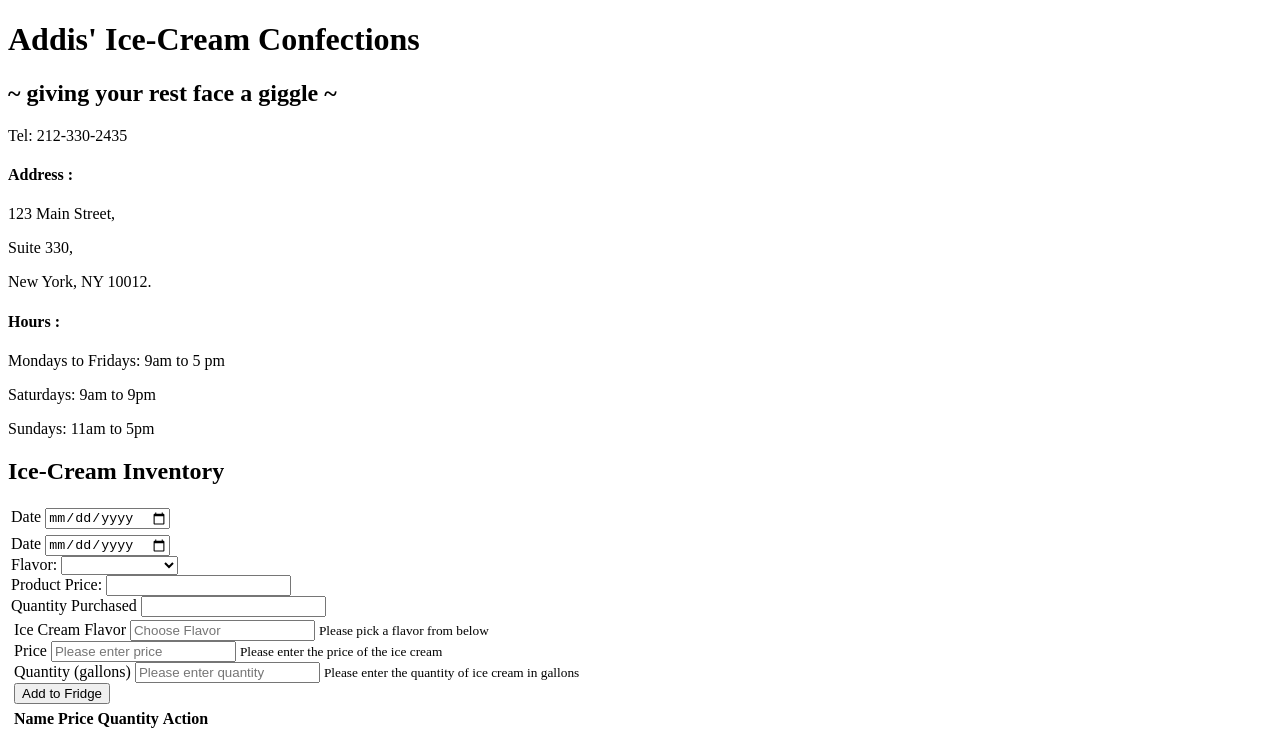
Repository: addisjackson/inventory-web-application
Page: index.html
These files come from the project's save history. The page is drawn as it stood at one moment and after a run of saves; the edit follows.
The browser window is 1280 px wide. The pictures show the whole page.

Above is the page before, as saved 2023-07-05 18:00:02.

### index.html
<!DOCTYPE html>
<html lang="en">
<head>
    <meta charset="UTF-8">
    <meta name="viewport" content="width=, initial-scale=1.0">
    <meta http-equiv="X-UA-Compatible" content="ie=edge">
    <title>Inventory Web Application</title>
    <link rel="stylesheet" href="style.css">
    <script>
        function toggleNewFlavorInput() {
            const flavorSelect = document.getElementById("flavor");
            const newFlavorInput = document.getElementById("newFlavorInput");
            if (flavorSelect.value === "newFlavor") {
                newFlavorInput.style.display = "block";
            } else {
                newFlavorInput.style.display = "none";
            }
        }
    </script>
</head>
    <body>
    <div class="storename">
        <div class="header">
            <h1>Addis' Ice-Cream Confections</h1>
        </div>
    </div>
        <div class="slogon">
            <h2>~ giving your rest face a giggle ~</h2>
        </div>
        <div class="tel">
            <p>Tel: 212-330-2435</p>
        </div>
        <div class="addresshours">
            <div class="address">
                <h4>Address :</h4>
                <p>123 Main Street,</p>
                <p>Suite 330,</p>
                <p>New York, NY 10012.</p>
            </div>
        <div class="addresshours">
            <div class="hours">
                <h4>Hours :</h4>
                <p>Mondays to Fridays: 9am to 5 pm</p>
                <p>Saturdays: 9am to 9pm</p>
                <p>Sundays: 11am to 5pm</p>
            </div>
        </div>
        <div class="title">
            <h2>Ice-Cream Inventory</h2>
        </div>
            </div>
        <table>
            <tr>
                <td>
                    <form autocomplete="off" onsubmit="onFormSubmit()">
                        <div class="datename">
                            <label for="date">Date</label>
                            <input type="date" name="date" id="date">
                        </div>
                        <div class="datename">

                        </div>
                    </form>
                </td>
            </tr>
        </table>
        <table>
            <tr>
                <td>
                    <form autocomplete="off" onsubmit="onFormSubmit()">
                        <div class="datename">
                            <label for="date">Date</label>
                            <input type="date" name="date" id="date">
                        </div>
                        <div class="datename">
                            <label for="flavor">Flavor:</label>
                            <select id="flavor" onchange="toggleNewFlavorInput()">
                                <option value="Vanilla"></option>
                                <option value="Chocolate"></option>
                                <option value="Strawberry"></option>
                                <option value="Cookies and Cream"></option>
                                <option value="Cookie Dough"></option>
                                <option value="Butter Pecan"></option>
                                <option value="Birthday Cake"></option>
                                <option value="Rocky Road"></option>
                                <option value="Coffee"></option>
                                <option value="Pistachio"></option>
                                <option value="Chocolate Chip"></option>
                                <option value="Chocolate Chip Cookie Dough"></option>
                                <option value="Chocolate Peanut Butter"></option>
                                <option value="Chocolate Marshmallow"></option>
                                <option value="Chocolate Chip Mint"></option>
                                <option value="Chocolate Fudge Brownie"></option>
                                <option value="newFlavor">Flavor not listed</option>
                            </select>
                            <input type="text" id="newFlavorInput" name="newFlavor" style="display: none;">
                        </div>
                        <div>
                            <label for="productPrice">Product Price:</label>
                            <input type="number" name:"productPrice" id="productPrice">
                        </div>
                        <div>
                            <label for="quantityPurchased">Quantity Purchased</label>
                            <input type="number" name="quantity
                        </div>
                    </form>
                </td>
            </tr>
        </table>
            <div class="form">
                <form name="inventory" id="form">
                    <table>
                        <tr>
                            <td>
                                <div class="form-control">
                                    <label for="iceCreamNames">Ice Cream Flavor</label>
                                    <input list="ice-cream-flavors" id="iceCreamNames" name="iceCreamNames"
                  placeholder="Choose Flavor" onchange="if (this.value=='10000'){userselect.
                  style.visibility='visible'}else {userselect.style.visibility='hidden'};">
                                    <small>Please pick a flavor from below</small>
                                    <datalist id="ice-cream-flavors">
                                    </datalist>
                                    <input type="textbox" name="10000" id="input" style="visibility:hidden;">
                                </div>
                                <div class="form-control">
                                    <label for="price">Price</label>
                                    <input type="number" id="price" name="price" placeholder="Please enter price" required>
                                    <small>Please enter the price of the ice cream</small>
                                </div>
                                <div class="form-control">
                                    <label for="quantity">Quantity (gallons)</label>
                                    <input type="number" id="quantity" name="quantity" placeholder="Please enter quantity" required>
                                    <small>Please enter the quantity of ice cream in gallons</small>
                                </div>
                                <button type="submit">Add to Fridge</button>
                             </form>
                            </td>
                        </tr>
                    </table>

            </div>
            <div class="table">
                <table id="table">
                    <thead>
                        <tr>
                            <th>Name</th>
                            <th>Price</th>
                            <th>Quantity</th>
                            <th>Action</th>
                        </tr>
                    </thead>
                    <tbody id="tbody">
                    </tbody>
                </table>
            </div>
        </div>
    </div>

Loaded but not shown: style.css (no copy from this time; the picture is the same without it)

After the next 7 saves:
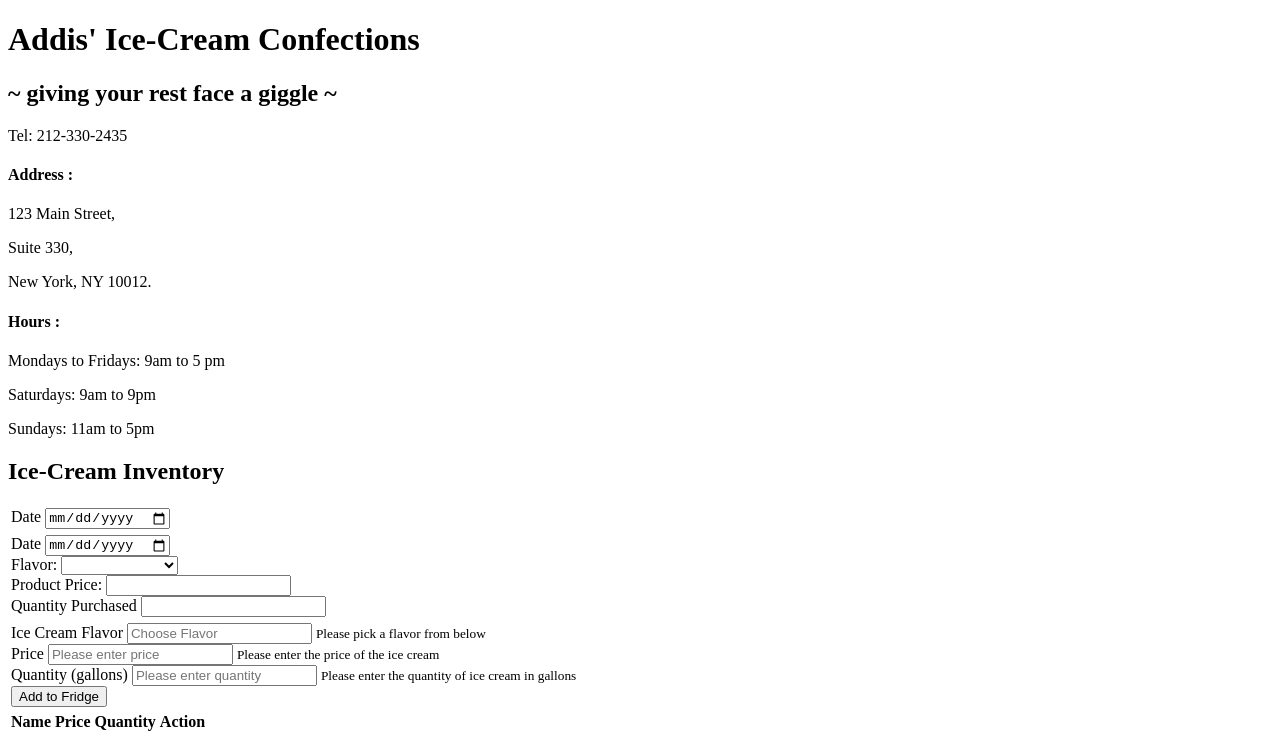
The 7 saves are shown as one change because they came seconds apart.
The last was saved 15 s later.
--- a/index.html
+++ b/index.html
@@ -101,7 +101,7 @@
                         </div>
                         <div>
                             <label for="quantityPurchased">Quantity Purchased</label>
-                            <input type="number" name="quantity
+                            <input type="number" name="quantityPurchased" id="quantityPurchased"
                         </div>
                     </form>
                 </td>
